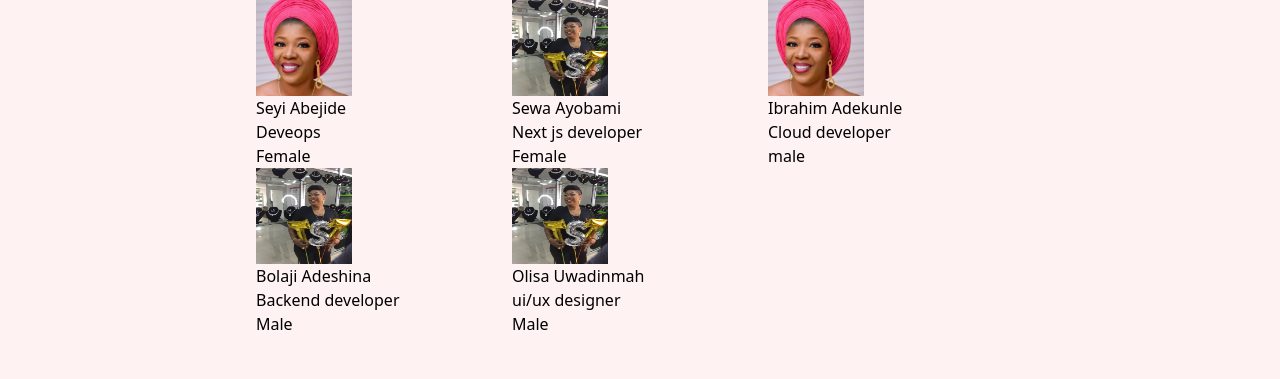
Repository: Semanmernstack/Bincom
Page: /
An editor plug-in stored every save of this project. The page is shown before and after the next save, followed by the edit.
The browser window is 1280 px wide. The pictures show the whole page.
The project was rebuilt for these pictures with package versions that can differ from the ones it lists, and the page was loaded fresh each time. The framework's server and built-in components were replaced by stand-ins that run in the browser. Also part of the build but not shown: next.config.mjs.

Above is the page before, as saved 2024-01-25 05:27:00.

### app/layout.tsx
import type { Metadata } from "next";
import { Inter } from "next/font/google";
import "./globals.css";

const inter = Inter({ subsets: ["latin"] });

export const metadata: Metadata = {
  title: "Create Next App",
  description: "Generated by create next app",
};

export default function RootLayout({
  children,
}: Readonly<{
  children: React.ReactNode;
}>) {
  return (
    <html lang="en">
      <body className=" min-h-screen bg-red-50">{children}</body>
    </html>
  );
}

### app/page.tsx
import slidefour from "../public/slidefour.png"


import slidethree from "../public/slidethree.png"
import SetUp from "./components/SetUp";


const data = [
  {
    id: "1",
    title: "Seyi Abejide",
    image:"slidefour.png",
    role: "Deveops",
    gender: "Female",

  },
  {
    id: "2",
    title: "Sewa Ayobami",
    image: "slidethree.png",
    role: "Next js developer",
    gender: "Female"

  },
  {
    id: "3",
    title: "Ibrahim Adekunle",
    image:"slidefour.png",
    role: "Cloud developer",
    gender: "male",

  },
  {
    id: "4",
    title: "Bolaji Adeshina",
    image: "slidethree.png",
    role: "Backend developer",
    gender: "Male",

  },
  {
    id: "5",
    title: "Olisa Uwadinmah",
    image: "slidethree.png",
    role: "ui/ux designer",
    gender: "Male",

  },


];



export default function Home() {
  return (
    <main className=" flex flex-col max-w-3xl mx-auto ">
      <div className="grid grid-cols-1 sm:grid-cols-2 md:grid-cols-3">
          {data.map((p, index)=> (
              <div className="" key={index}>
                <SetUp
                  id={p.id}
                  title={p.title}
                  image={p.image}
                  role={p.role}
                  gender= {p.gender}
                />
              </div>

          ))}


      </div>



    </main>
  );
}

### app/components/SetUp.tsx
import React from 'react'
interface B {
    id: string
    title: string
    image: string
    role: string
    gender: string
}


function SetUp({id, title, image, role, gender}:B) {
  return (
    <div className=''>
      <img src={image} alt="image" className='h-24 w-24' />
      <div>
        <h1>{title}</h1>
        <div>
          <h2>{role}</h2>
          <h2>{gender}</h2>
        </div>

        <div>

        </div>

      </div>

    </div>
  )
}

export default SetUp

Loaded but not shown: app/globals.css (common file); tailwind.config.ts (common file)

After the next save:
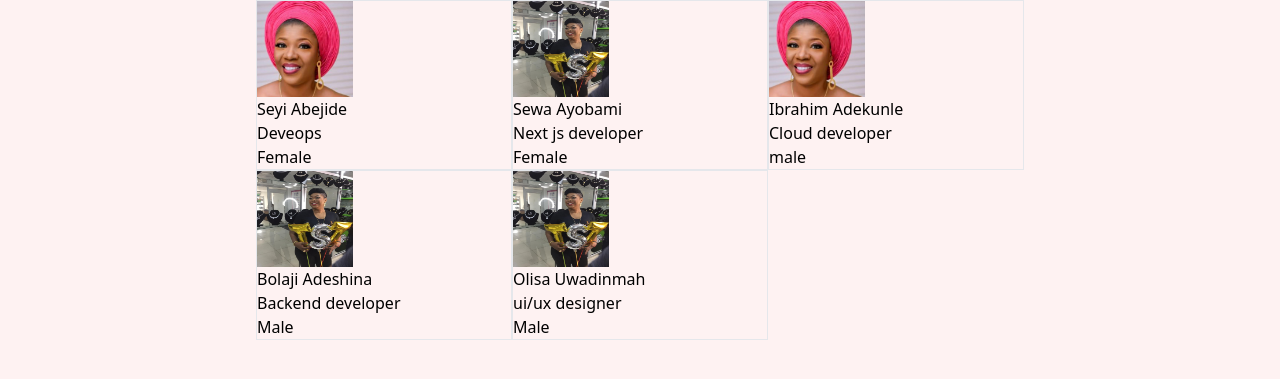
Saved 35 s later.
--- a/app/page.tsx
+++ b/app/page.tsx
@@ -57,7 +57,7 @@ export default function Home() {
     <main className=" flex flex-col max-w-3xl mx-auto ">
       <div className="grid grid-cols-1 sm:grid-cols-2 md:grid-cols-3">
           {data.map((p, index)=> (
-              <div className="" key={index}>
+              <div className=" border" key={index}>
                 <SetUp
                   id={p.id}
                   title={p.title}
